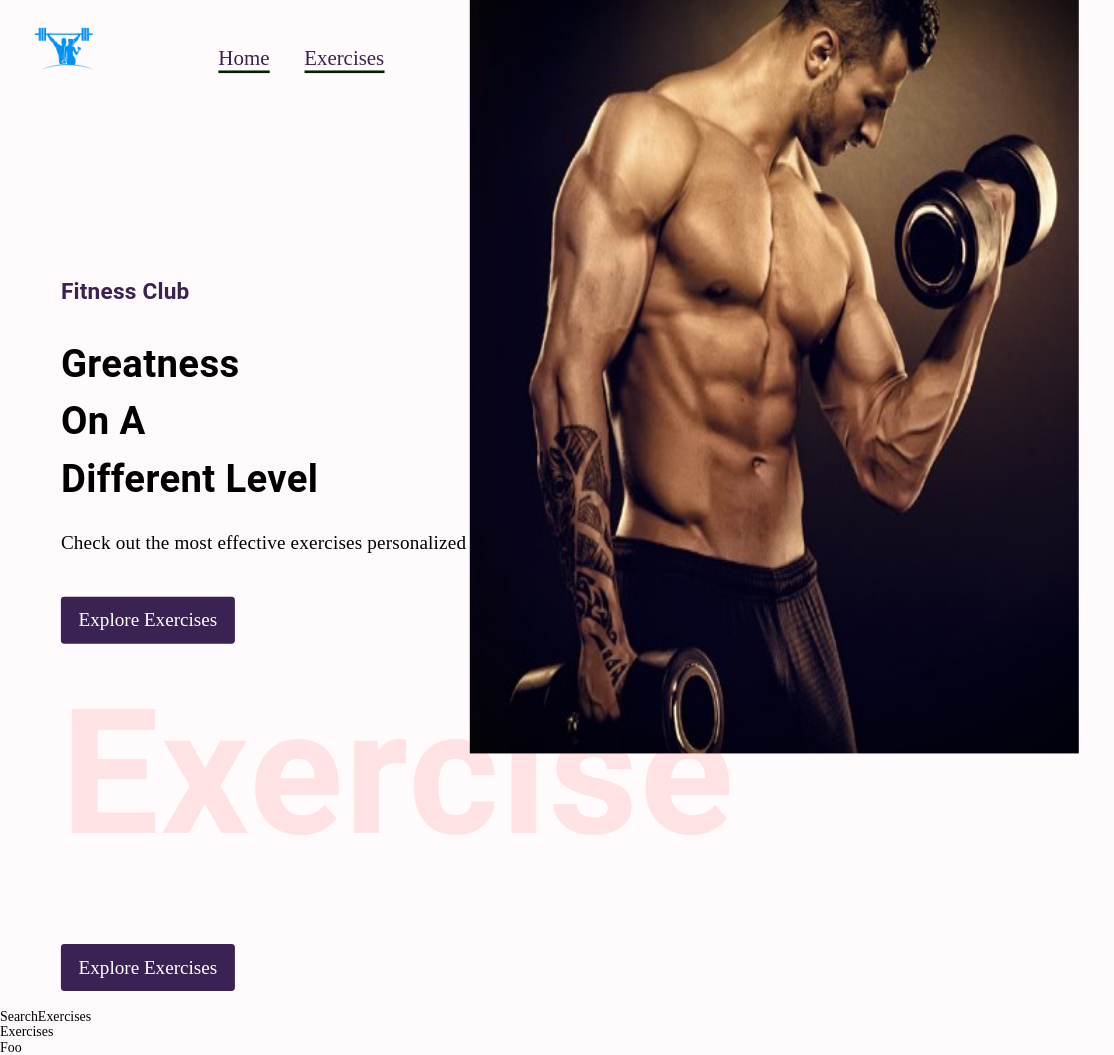
Repository: MhlengiNgubane/Workout-App
Page: /
The author's editor kept a copy of each file at every save. The page is drawn from the files as they stood at one save, then again after a run of saves.
The browser window is 1280 px wide. The pictures show the whole page, at 87% of full size.
The project was rebuilt for these pictures with package versions that can differ from the ones it lists, and the page was loaded fresh each time. Also part of the build but not shown: src/pages/ExerciseDetail.js.

Above is the page before, as saved 2022-08-01 08:55:52.

After the next 3 saves:
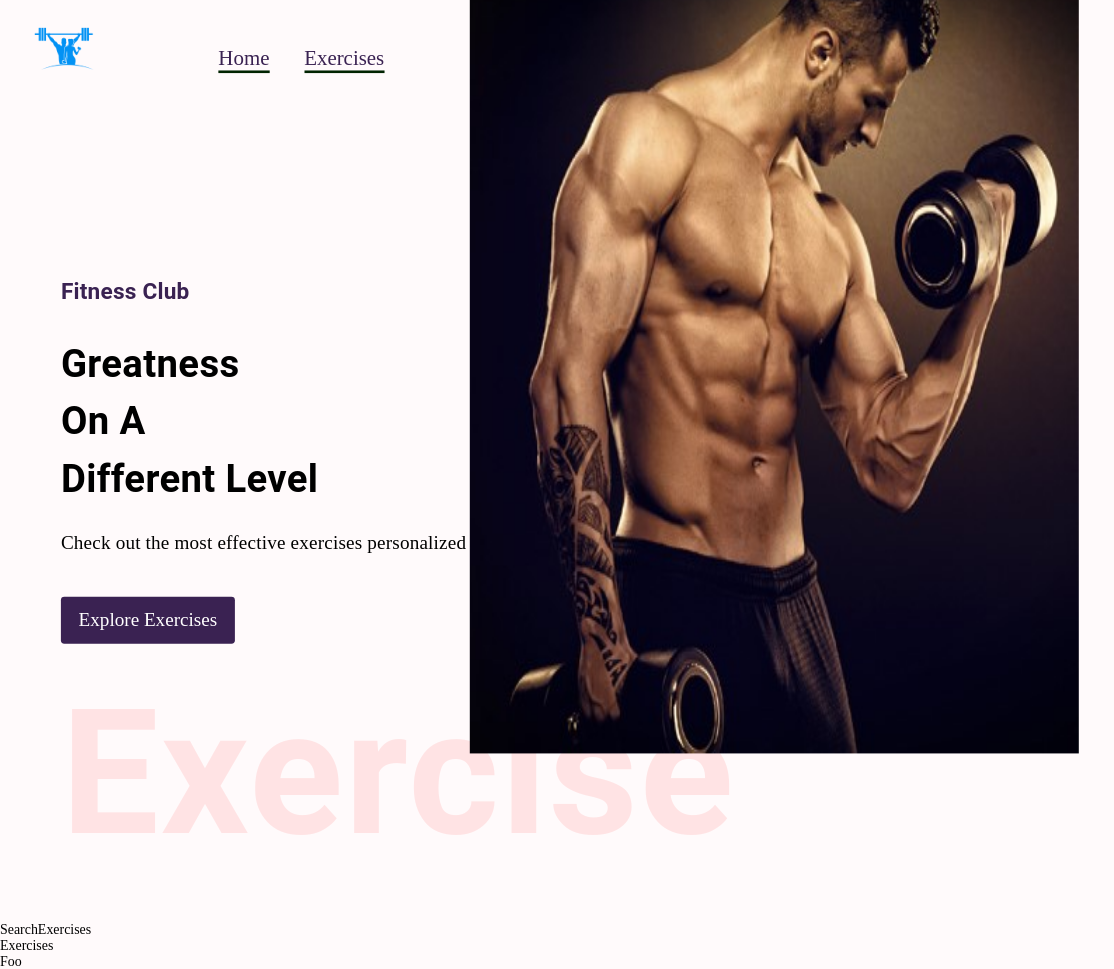
The 3 saves are shown as one change because they came seconds apart.
The last was saved 32 s later.
--- a/src/components/HeroBanner.js
+++ b/src/components/HeroBanner.js
@@ -18,9 +18,6 @@ const HeroBanner = () => (
     <Typography fontWeight={600} color="#FF2625" sx={{ opacity: '0.1', display: { lg: 'block', xs: 'none' }, fontSize: '200px' }}>
       Exercise
     </Typography>
-    <Stack>
-      <a href="exercises" style={{ marginTop: '45px', textDecoration: 'none', width: '200px', textAlign: 'center', background: '#3A2252', padding: '14px', fontSize: '22px', textTransform: 'none', color: 'white', borderRadius: '4px' }}>Explore Exercises</a>
-    </Stack>
     <img src={HeroBannerImage} alt="hero-banner" className="hero-banner-img" />
   </Box>
 );
